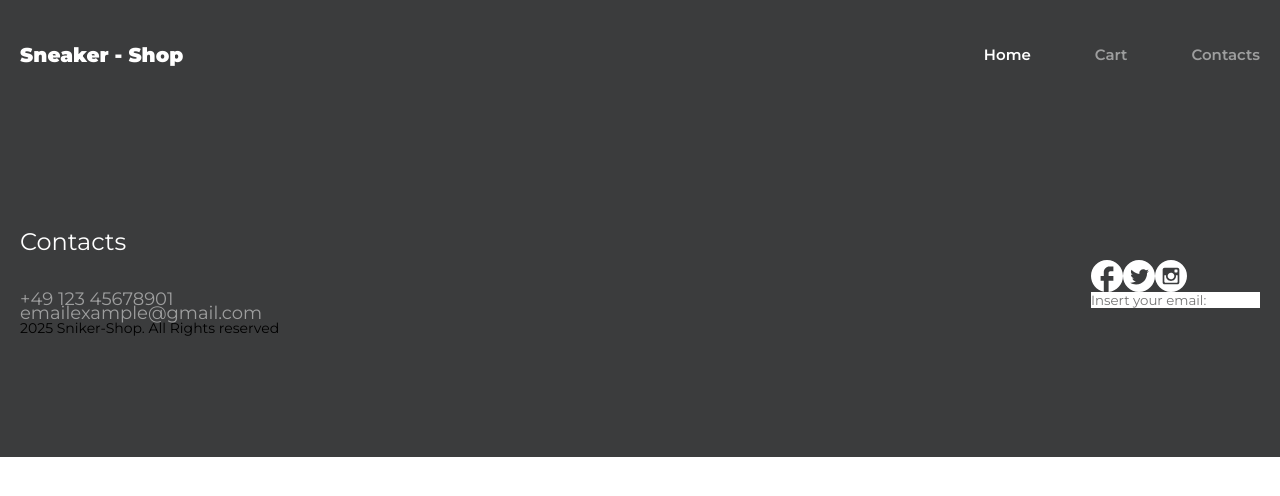
Repository: IstratiiNik/sneaker-shop
Page: /
These files come from the project's save history. The page is drawn as it stood at one moment and after the next save; the edit follows.
The browser window is 1280 px wide. The pictures show the whole page.
The project was rebuilt for these pictures with package versions that can differ from the ones it lists, and the page was loaded fresh each time. Also part of the build but not shown: vite.config.js.

Above is the page before, as saved 2025-07-01 14:19:20.

### index.html
<!DOCTYPE html>
<html lang="en">
  <head>
    <meta charset="UTF-8" />
    <link rel="icon" type="image/svg+xml" href="/vite.svg" />
    <link rel="preconnect" href="https://fonts.googleapis.com" />
    <link rel="preconnect" href="https://fonts.gstatic.com" crossorigin />
    <link
      href="https://fonts.googleapis.com/css2?family=Montserrat:ital,wght@0,100..900;1,100..900&family=Red+Hat+Display:ital,wght@0,300..900;1,300..900&display=swap"
      rel="stylesheet"
    />
    <meta name="viewport" content="width=device-width, initial-scale=1.0" />
    <title>Sneaker Shop</title>
  </head>
  <body>
    <div id="root"></div>
    <script type="module" src="/src/main.jsx"></script>
  </body>
</html>

### src/App.jsx
import Header from "./components/Header/Header";
import Footer from "./components/Footer/Footer";
import "./App.css";

function App() {
  return (
    <div className="wrapper">
      <Header />
      <Footer />
    </div>
  );
}

export default App;

### src/components/Header/Header.jsx
import React from "react";
import { NavLink } from "react-router-dom";
import styles from "./Header.module.scss";

const Header = () => {
  return (
    <header className={styles.header}>
      <div className={styles.container}>
        <h1>Sneaker - Shop</h1>
        <nav className={styles.nav}>
          <NavLink
            to="/"
            style={({ isActive }) => ({
              color: isActive ? "#FFFFFF" : "#FFFFFF80",
            })}
          >
            Home
          </NavLink>
          <NavLink
            to="/cart"
            style={({ isActive }) => ({
              color: isActive ? "#FFFFFF" : "#FFFFFF80",
            })}
          >
            Cart
          </NavLink>
          <NavLink
            to="/contacts"
            style={({ isActive }) => ({
              color: isActive ? "#FFFFFF" : "#FFFFFF80",
            })}
          >
            Contacts
          </NavLink>
        </nav>
      </div>
    </header>
  );
};

export default Header;

### src/components/Footer/Footer.jsx
import React from "react";
import styles from "./Footer.module.scss";
import facebookLogo from "../../assets/Facebook_logo.svg";
import twitterLogo from "../../assets/Twitter_logo.svg";
import instagramLogo from "../../assets/Instagram_logo.svg";

const Footer = () => {
  return (
    <footer className={styles.footer}>
      <div className={styles.container}>
        <div className={styles.footerLeft}>
          <h3>Contacts</h3>
          <div>
            <span>+49 123 45678901</span>
            <p>emailexample@gmail.com</p>
          </div>
          <p>2025 Sniker-Shop. All Rights reserved</p>
        </div>
        <div className={styles.footerRight}>
          <div>
            <a href="link.domain">
              <img src={facebookLogo} alt="facebook" />
            </a>
            <a href="link.domain">
              <img src={twitterLogo} alt="twitter" />
            </a>
            <a href="link.domain">
              <img src={instagramLogo} alt="instagram" />
            </a>
          </div>
          <input type="text" placeholder="Insert your email:" />
        </div>
      </div>
    </footer>
  );
};

export default Footer;

### src/App.css
@import "reset.css";

#root {
  font-family: Montserrat;
  margin: 0 auto;
  height: 100%;
}

.wrapper {
  min-height: 100vh;
  display: flex;
  flex-direction: column;
}

### src/components/Header/Header.module.scss
.header {
  background-color: rgb(59, 60, 61);
  height: 110px;
  width: 100%;
}
.container {
  max-width: 1420px;
  margin: 0 auto;
  height: 100%;
  display: flex;
  align-items: center;
  justify-content: space-between;
  padding: 0 20px;

  h1 {
    color: rgb(255, 255, 255);
    font-size: 20px;
    font-weight: 900;
    line-height: 24px;
  }
}

.nav {
  display: flex;
  gap: 64px;

  font-size: 15px;
  font-weight: 600;
  line-height: 18px;

  @media (max-width: 900px) {
    gap: 40px;
  }

  @media (max-width: 600px) {
    gap: 30px;
  }
}

### src/components/Footer/Footer.module.scss
.footer {
  background-color: rgb(59, 60, 61);
  height: 347px;
  width: 100%;
}
.container {
  max-width: 1420px;
  margin: 0 auto;
  height: 100%;
  display: flex;
  align-items: center;
  justify-content: space-between;
  padding: 0 20px;
}

.footerLeft {
  h3 {
    color: rgb(255, 255, 255);
    font-size: 24px;
    line-height: 81%;
    margin-bottom: 40px;
  }

  div {
    color: rgba(255, 255, 255, 0.5);
    font-size: 18px;
    font-weight: 400;
    line-height: 81%;
  }

}

.footerRight {
}

### src/reset.css
@charset "UTF-8";
/*Reset style*/
* {
  padding: 0;
  margin: 0;
  border: 0;
}

*,
*:before,
*:after {
  -webkit-box-sizing: border-box;
  box-sizing: border-box;
}

:focus,
:active {
  outline: none;
}

a:focus,
a:active {
  outline: none;
}

nav,
footer,
header,
aside {
  display: block;
}

html,
body {
  height: 100%;
  width: 100%;
  font-size: 100%;
  line-height: 1;
  font-size: 14px;
  -ms-text-size-adjust: 100%;
  -moz-text-size-adjust: 100%;
  -webkit-text-size-adjust: 100%;
}

input,
button,
textarea {
  font-family: inherit;
}

input::-ms-clear {
  display: none;
}

button {
  cursor: pointer;
}

button::-moz-focus-inner {
  padding: 0;
  border: 0;
}

a,
a:visited {
  text-decoration: none;
}

a:hover {
  text-decoration: underline;
}

ul li {
  list-style: none;
}

img {
  vertical-align: top;
}

h1,
h2,
h3,
h4,
h5,
h6 {
  font-size: inherit;
  font-weight: inherit;
}

/*--------------------*/

Loaded but not shown: src/main.jsx (common file)

After the next save:
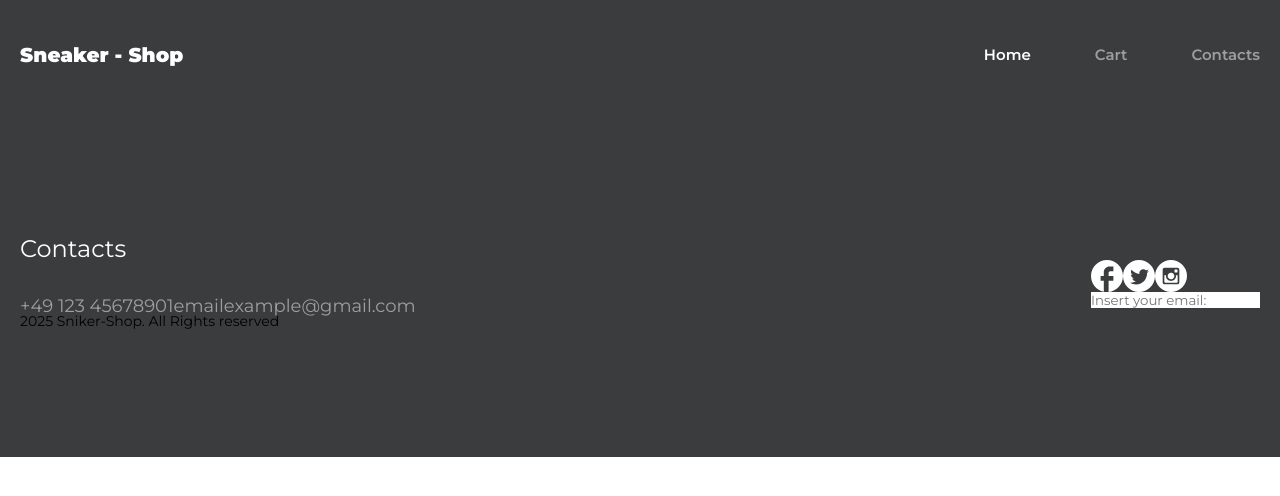
Saved 5 s later.
--- a/src/components/Footer/Footer.jsx
+++ b/src/components/Footer/Footer.jsx
@@ -12,7 +12,7 @@ const Footer = () => {
           <h3>Contacts</h3>
           <div>
             <span>+49 123 45678901</span>
-            <p>emailexample@gmail.com</p>
+            <span>emailexample@gmail.com</span>
           </div>
           <p>2025 Sniker-Shop. All Rights reserved</p>
         </div>

After the 2 saves that followed:
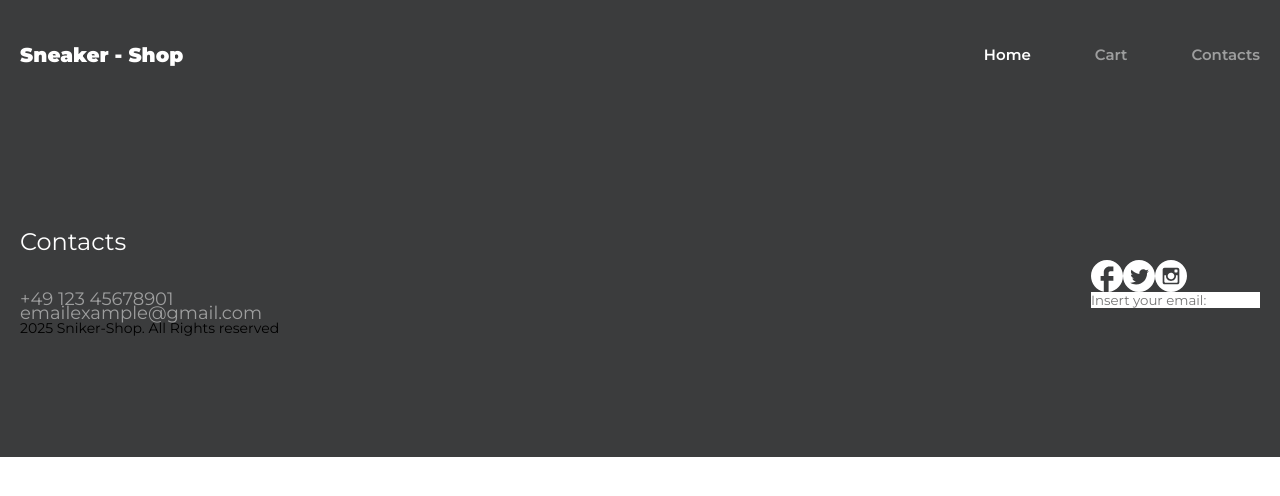
The 2 saves are shown as one change because 1 did not build or start.
The last was saved 50 s later.
--- a/src/components/Footer/Footer.module.scss
+++ b/src/components/Footer/Footer.module.scss
@@ -22,6 +22,9 @@
   }
 
   div {
+	display: flex;
+	flex-direction: column;
+
     color: rgba(255, 255, 255, 0.5);
     font-size: 18px;
     font-weight: 400;
